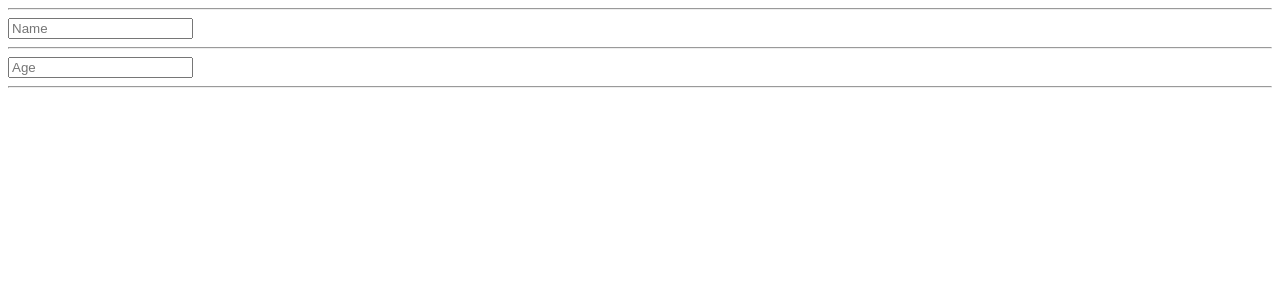
Repository: prathmeshgodbole/Web_Development
Page: Online_Lectuer_Practice/Form_Practice.html
The author's editor kept a copy of each file at every save. The page is drawn from the files as they stood at one save, then again after the next save.
The browser window is 1280 px wide. The pictures show the whole page.

Above is the page before, as saved 2020-07-03 11:00:15.

### Online_Lectuer_Practice/Form_Practice.html
<!DOCTYPE html>
<html lang="en">

<head>
    <meta charset='utf-8'>
    <meta name='viewport' content='width=device-width, initial-scale=1'>
    <title>Form_Practice</title>
</head>


<body>
    <hr>

    <input type="text" placeholder="Name">
    <hr>
    <input type="number" placeholder="Age">
    <hr>

</body>

</html>

After the next save:
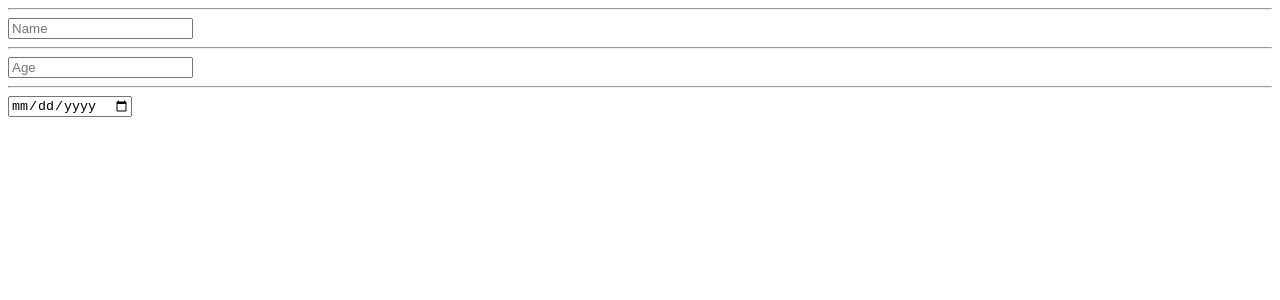
Saved 34 s later.
--- a/Online_Lectuer_Practice/Form_Practice.html
+++ b/Online_Lectuer_Practice/Form_Practice.html
@@ -15,7 +15,7 @@
     <hr>
     <input type="number" placeholder="Age">
     <hr>
-
+    <input type="date" placeholder="D.O.B">
 </body>
 
 </html>
